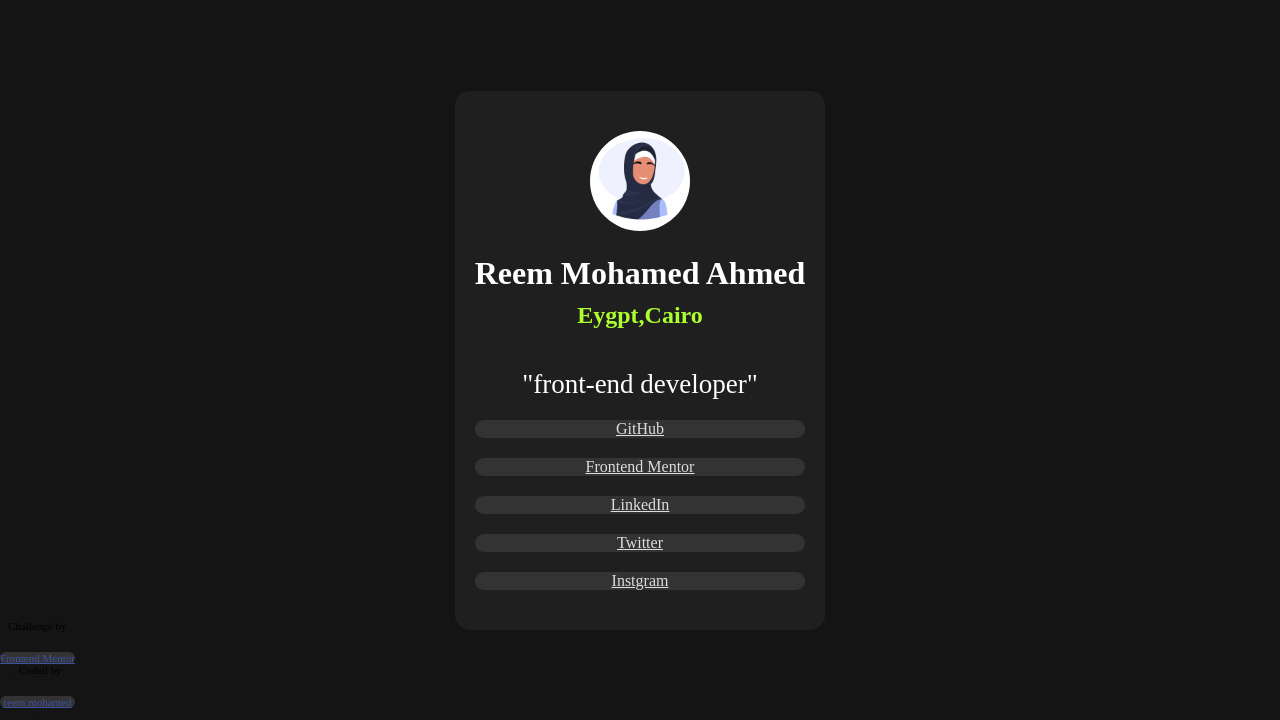
Repository: reemoon-ctrl/social_links_profile_main
Page: index.html
The author's editor kept a copy of each file at every save. The page is drawn from the files as they stood at one save, then again after the next save.
The browser window is 1280 px wide. The pictures show the whole page.

Above is the page before, as saved 2024-07-23 10:51:12.

After the next save:
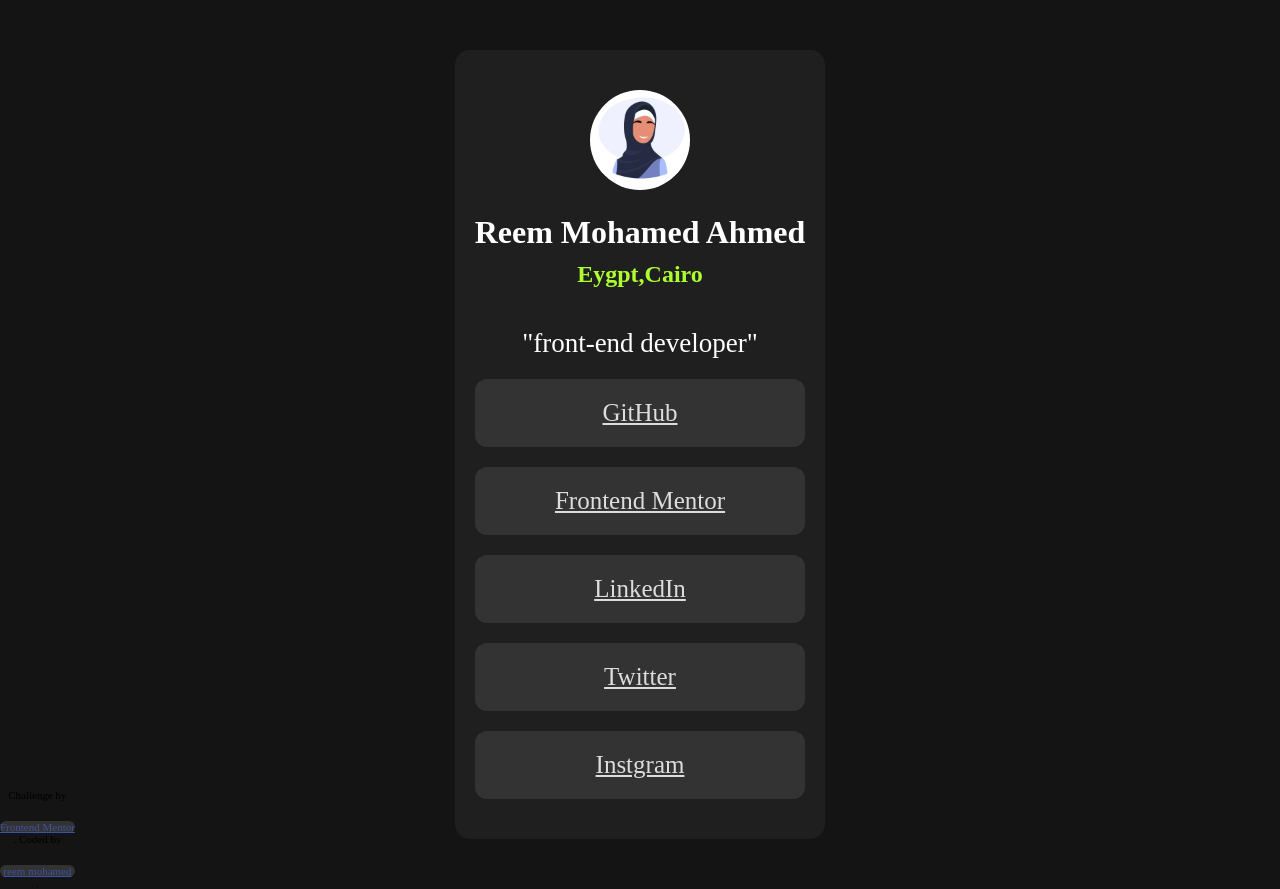
Saved 35 s later.
--- a/index.css
+++ b/index.css
@@ -31,7 +31,7 @@ body{
     padding: 40px 20px;
 }
 
-.form-container button{
+.form-container a{
     font-size: 25px;
     width:100%;
     padding:20px;
